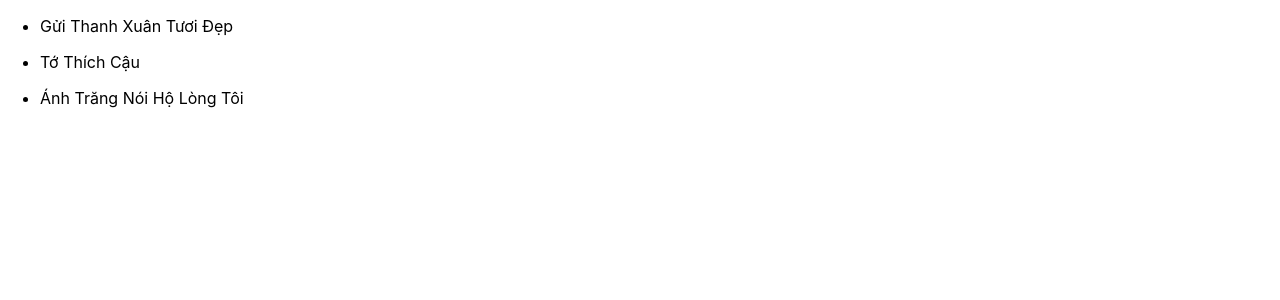
Repository: thanhnhan20298/reactjs
Page: /
An editor plug-in stored every save of this project. The page is shown before and after the next save, followed by the edit.
The browser window is 1280 px wide. The pictures show the whole page.
The project was rebuilt for these pictures with package versions that can differ from the ones it lists, and the page was loaded fresh each time.

Above is the page before, as saved 2021-08-26 17:12:54.

### src/App.js

import AlbumFeature from './features/Album';
// import TodoFeature from './features/Todo';

function App() {
  return (
    <div className="App">
      {/* <TodoFeature/> */}
      <AlbumFeature/>
    </div>
  );
}

export default App;

### src/features/Album/index.jsx
import React from 'react';
import PropTypes from 'prop-types';
import AlbumList from './components/AlbumList';

AlbumFeature.propTypes = {

};

function AlbumFeature(props) {
    const albumList =[
        {
            id:1,
            name:"Gửi Thanh Xuân Tươi Đẹp",
            thumnailUrl:"https://photo-resize-zmp3.zadn.vn/w320_r1x1_jpeg/cover/4/3/f/e/43fe7973194a531e9549ea221e2075a3.jpg"
        },
        {
            id:1,
            name:"Tớ Thích Cậu",
            thumnailUrl:"https://photo-resize-zmp3.zadn.vn/w320_r1x1_jpeg/cover/a/4/7/7/a477d74a30fa4e7a4df41d5d2a26f53d.jpg"
        },
        {
            id:1,
            name:"Ánh Trăng Nói Hộ Lòng Tôi",
            thumnailUrl:"https://photo-resize-zmp3.zadn.vn/w320_r1x1_jpeg/cover/c/4/0/4/c404ef2a14065124599ee3df2eb88954.jpg"
        },
    ]
    return (
        <div>
            <AlbumList albumList={albumList}/>
        </div>
    );
}

export default AlbumFeature;

### src/features/Album/components/AlbumList/index.jsx
import React from 'react';
import PropTypes from 'prop-types';
import AlbumItem from '../AlbumItem';

AlbumList.propTypes = {
    albumList:PropTypes.array.isRequired,
};

function AlbumList({albumList}) {
    return (
        <ul>
            {albumList.map(album =>(
                <li key={album.id}>
                    <AlbumItem album ={album}/>
                </li>
            ))}
        </ul>
    );
}

export default AlbumList;

### src/features/Album/components/AlbumItem/index.jsx
import React from 'react';
import PropTypes from 'prop-types';

AlbumItem.propTypes = {
    album:PropTypes.object.isRequired
};

function AlbumItem({album}) {
    return (
        <div className="album">
            <p>
                {album.name}
            </p>
        </div>
    );
}

export default AlbumItem;

Loaded but not shown: public/index.html (common file); src/index.js (common file); src/index.css (common file); src/reportWebVitals.js (common file)

After the next save:
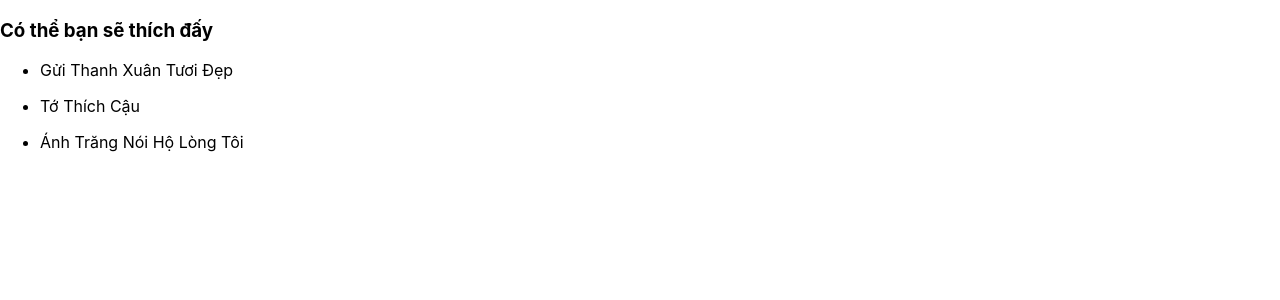
Saved 17 s later.
--- a/src/features/Album/index.jsx
+++ b/src/features/Album/index.jsx
@@ -26,6 +26,7 @@ function AlbumFeature(props) {
     ]
     return (
         <div>
+            <h3>Có thể bạn sẽ thích đấy</h3>
             <AlbumList albumList={albumList}/>
         </div>
     );
